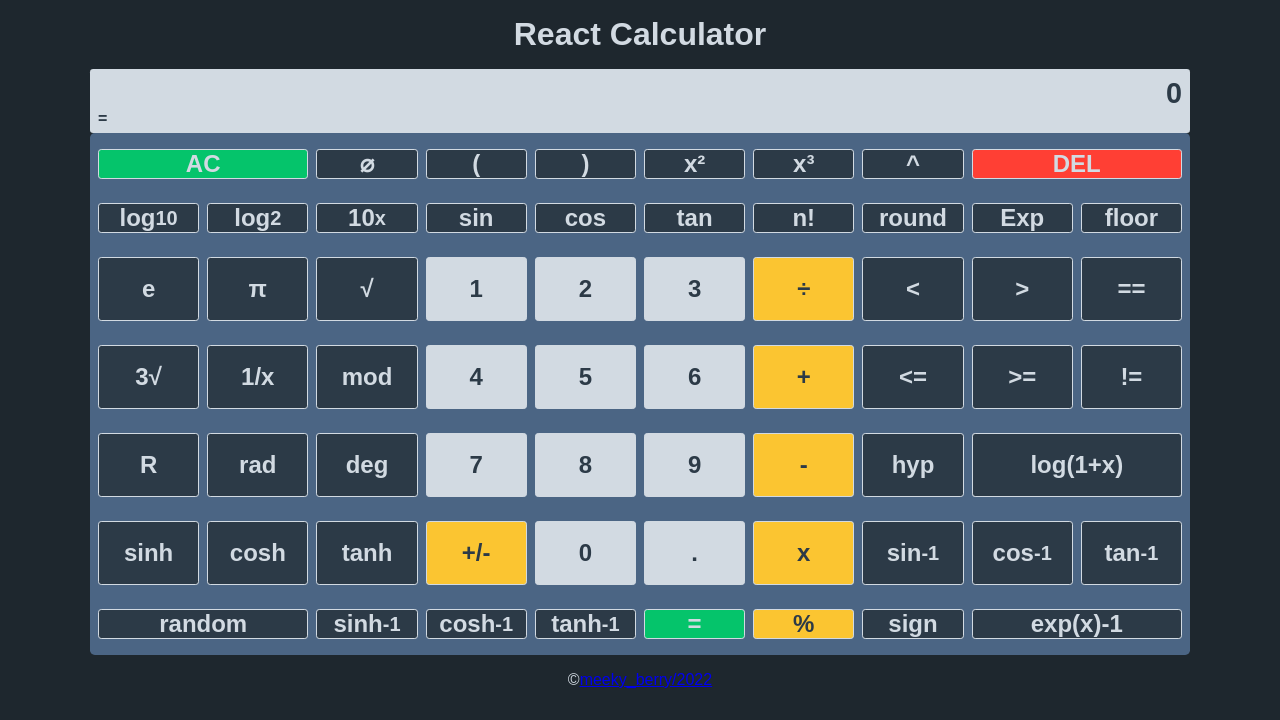
Repository: MikkyPrestige/calculator
Page: /
The author's editor kept a copy of each file at every save. The page is drawn from the files as they stood at one save, then again after the next save.
The browser window is 1280 px wide. The pictures show the whole page.
The project was rebuilt for these pictures with package versions that can differ from the ones it lists, and the page was loaded fresh each time.

Above is the page before, as saved 2022-11-18 05:21:17.

### src/index.css
* {
  margin: 0;
  padding: 0;
  box-sizing: border-box;
}

body {
  font-family: 'Poppins', sans-serif;
  background: #1e272e;
}

.heading {
  color: #d2dae2;
  text-align: center;
  margin: 1rem;
}

.app-container {
  width: 100%;
  max-width: 1100px;
  margin: 1rem auto;
}

.display {
  background-color: #d2dae2;
  color: #2C3A47;
  height: 4rem;
  font-size: 1.8rem;
  font-weight: 700;
  display: flex;
  flex-direction: column;
  padding: .5rem;
  border-radius: .2rem;
}

.display-calc {
  display: flex;
  justify-content: flex-end;
  align-items: center;
}

.display-result {
  display: flex;
  justify-content: flex-start;
  align-items: center;
  font-size: 1rem;
  font-weight: 700;
}

.operators {
  display: grid;
  grid-template-columns: repeat(10, 1fr);
  grid-gap: .5rem;
  padding: .5rem;
  border-radius: .3rem;
  background-color: #4b6584;
  -webkit-border-radius: .3rem;
  -moz-border-radius: .3rem;
  -ms-border-radius: .3rem;
  -o-border-radius: .3rem;
}

.operator {
  background-color: #2C3A47;
  color: #d2dae2;
  font-size: 1.5rem;
  font-weight: 700;
  display: flex;
  justify-content: center;
  align-items: center;
  border-radius: .2rem;
  border: 1px solid #d2dae2;
  margin: .5rem 0;
}

.operator:hover {
  background-color: #d2dae2;
  color: #2C3A47;
  cursor: pointer;
}

.operator:active {
  background-color: #2C3A47;
  color: #d2dae2;
}

.primary--operator {
  background-color: #fbc531;
  color: #2C3A47;
  font-size: 1.5rem;
  font-weight: 700;
  display: flex;
  justify-content: center;
  align-items: center;
  border-radius: .2rem;
  border: 1px solid #d2dae2;
  margin: .5rem 0;
}
.digit {
  background-color: #d2dae2;
  color: #2C3A47;
  font-size: 1.5rem;
  font-weight: 700;
  height: 4rem;
  display: flex;
  justify-content: center;
  align-items: center;
  border-radius: .2rem;
  border: 1px solid #d2dae2;
  margin: .5rem 0;
}

.digit:hover {
  background-color: #2C3A47;
  color: #d2dae2;
  cursor: pointer;
}

.digit:active {
  background-color: #d2dae2;
  color: #2C3A47;
}

.clear {
  background-color: #05c46b;
  color: #d2dae2;
  grid-column: 1 / 3;
  grid-row: 1 / 2;
}

.clear:hover {
  background-color: #d2dae2;
  color: #05c46b;
}

.clear:active {
  background-color: #05c46b;
  color: #d2dae2;
}

.delete {
  background-color: #ff3f34;
  color: #d2dae2;
  grid-column: 9 / -1;
  grid-row: 1 / 2;
}

.delete:hover {
  background-color: #d2dae2;
  color: #ff3f34;
}

.delete:active {
  background-color: #ff3f34;
  color: #d2dae2;
}

.equalTo {
  background-color: #05c46b;
  color: #d2dae2;
  grid-column: 6 / 7;
  grid-row: 7 / 8;
}

.equal:hover {
  background-color: #d2dae2;
  color: #05c46b;
}

.equal:active {
  background-color: #05c46b;
  color: #d2dae2;
}

.divide {
  grid-column: 7 / 8;
  grid-row: 3 / 4;
}

.greater {
  grid-column: 8 / 9;
  grid-row: 3 / 4;
}

.less {
  grid-column: 9 / 10;
  grid-row: 3 / 4;
}

.equal {
  grid-column: 10 / 11;
  grid-row: 3 / 4;
}

.greaterTo {
  grid-column: 8 / 9;
  grid-row: 4 / 5;
}

.lessTo {
  grid-column: 9 / 10;
  grid-row: 4 / 5;
}

.notequal {
  grid-column: 10 / 11;
  grid-row: 4 / 5;
}

.plus {
  grid-column: 7 / 8;
  grid-row: 4 / 5;
}

.cubeRoot {
  grid-column: 1 / 2;
  grid-row: 4 / 5;
}

.reciprocal {
  grid-column: 2 / 3;
  grid-row: 4 / 5;
}

.modulo {
  grid-column: 3 / 4;
  grid-row: 4 / 5;
}

.radius {
  grid-column: 1 / 2;
  grid-row: 5 / 6;
}

.radian {
  grid-column: 2 / 3;
  grid-row: 5 / 6;
}

.degree {
  grid-column: 3 / 4;
  grid-row: 5 / 6;
}

.minus {
  grid-column: 7 / 8;
  grid-row: 5 / 6;
}

.hyp {
  grid-column: 8 / 9;
  grid-row: 5 / 6;
}

.log {
  grid-column: 9 / 11;
  grid-row: 5 / 6;
}

.sinH {
  grid-column: 1 / 2;
  grid-row: 6 / 7;
}

.cosH {
  grid-column: 2 / 3;
  grid-row: 6 / 7;
}

.tanH {
  grid-column: 3 / 4;
  grid-row: 6 / 7;
}

.random {
  grid-column: 1 / 3;
  grid-row: 7 / 8;
}

.exp {
  grid-column: 9 / -1;
  grid-row: 7 / 8;
}

.dot {
  grid-column: 6 / 7;
  grid-row: 6 / 7;
  background-color: #d2dae2;
  color: #2C3A47;
}

.dot:hover {
  background-color: #2C3A47;
  color: #d2dae2;
}

.dot:active {
  background-color: #d2dae2;
  color: #2C3A47;
}

.percentage {
  grid-column: 7 / 8;
  grid-row: 7 / 8;
}

.attribution {
  color: #d2dae2;
  text-align: center;
}

Loaded but not shown: public/index.html (common file); src/index.js (common file); src/App.js (755 lines, source omitted)

After the next save:
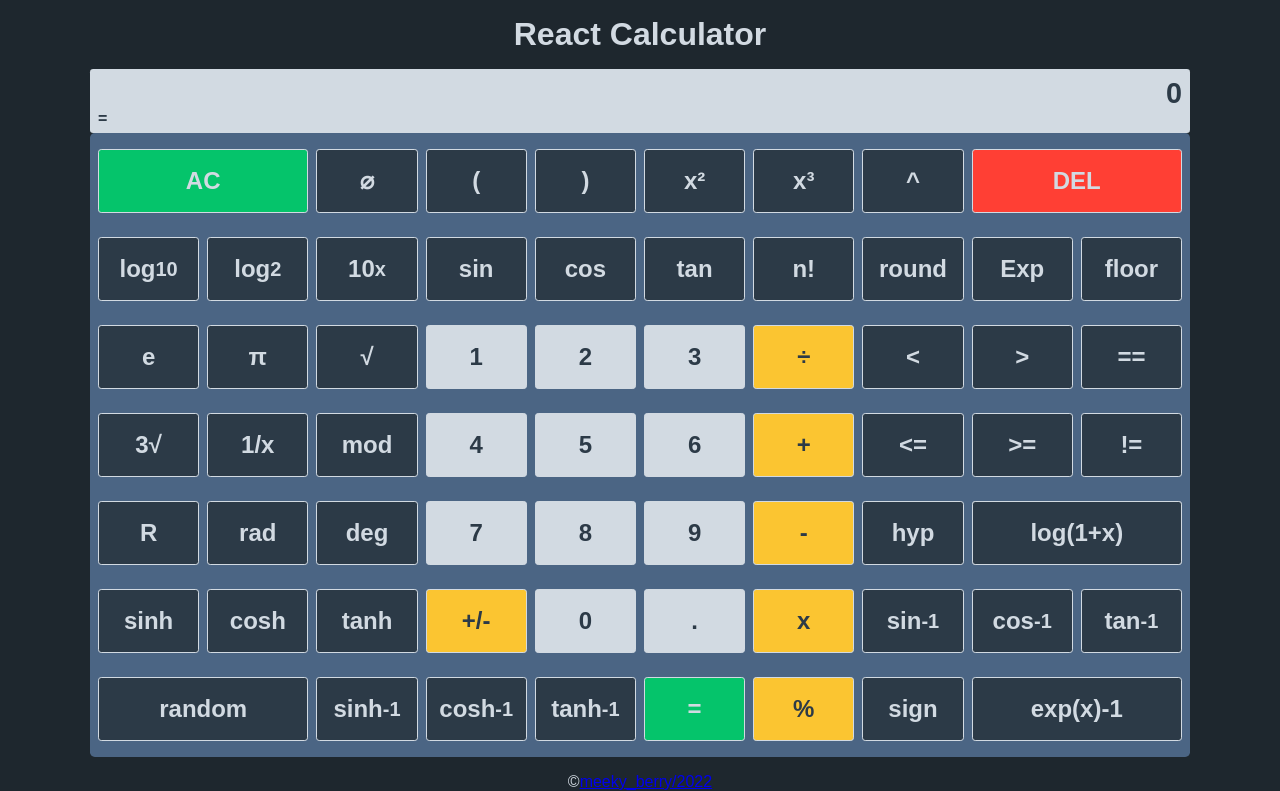
Saved 10 s later.
--- a/src/index.css
+++ b/src/index.css
@@ -65,6 +65,7 @@ body {
   color: #d2dae2;
   font-size: 1.5rem;
   font-weight: 700;
+  height: 4rem;
   display: flex;
   justify-content: center;
   align-items: center;
@@ -89,6 +90,7 @@ body {
   color: #2C3A47;
   font-size: 1.5rem;
   font-weight: 700;
+  height: 4rem;
   display: flex;
   justify-content: center;
   align-items: center;
